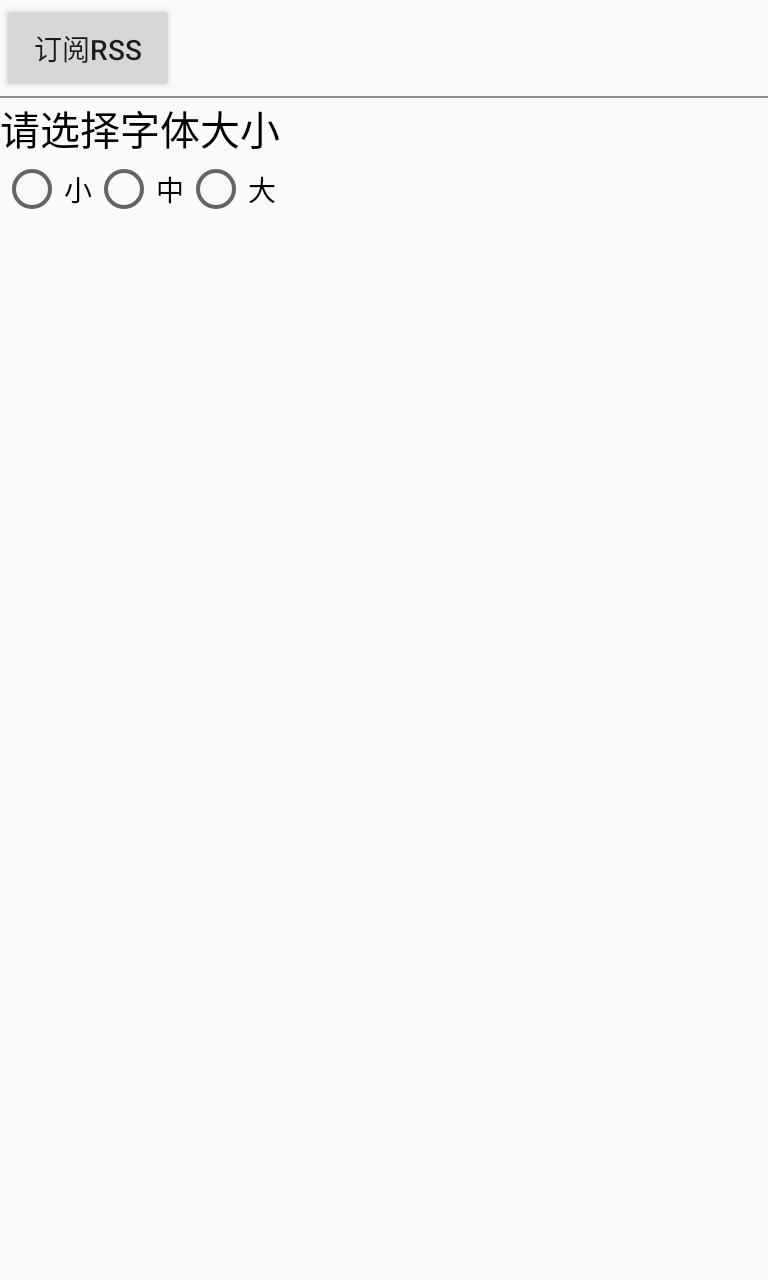
Repository: xdrush/MyRssReader
Layout: MyRssReader/res/layout/description_show.xml
These files come from the project's save history. The layout is drawn as it stood at one moment and after the next save; the edit follows.
It is drawn on a 768 x 1280 px phone screen (xhdpi) without system bars, with theme AppTheme; the app's code is not run.

Above is the layout before, as saved 2015-07-29 10:19:12.

After the next save:
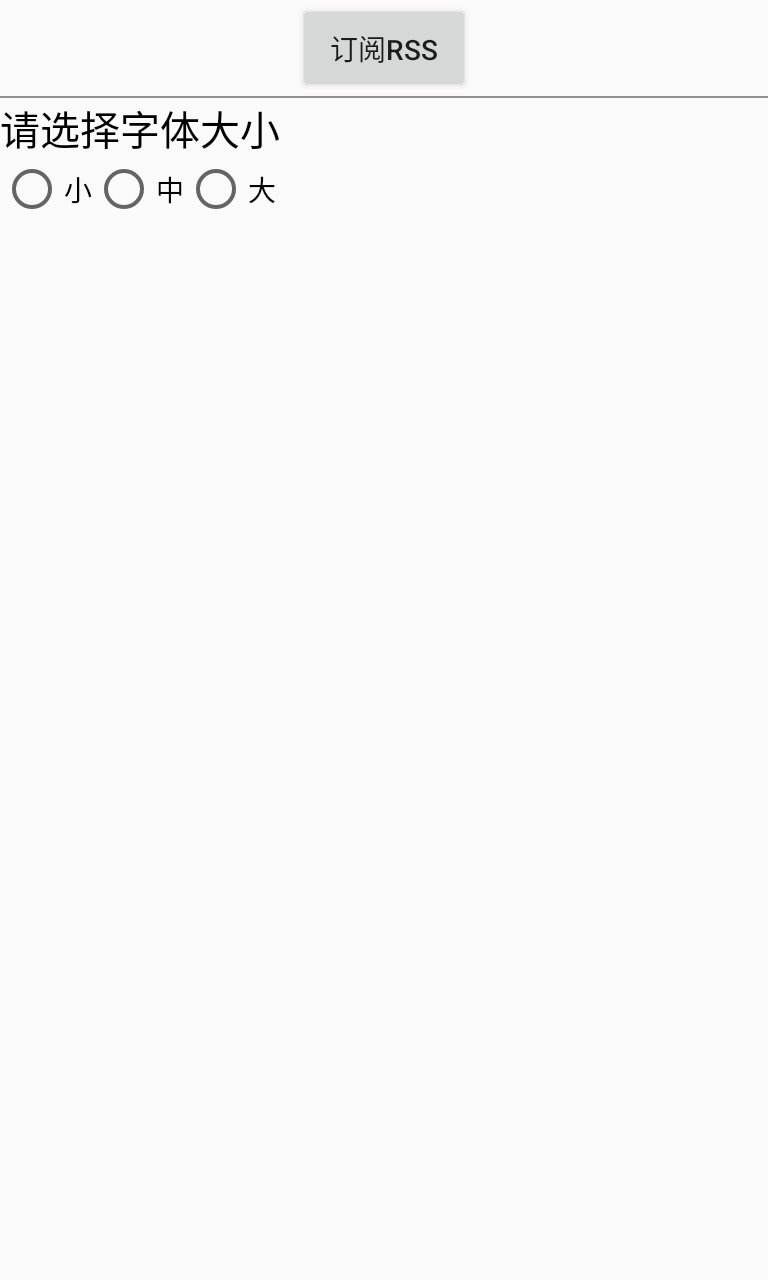
Saved 43 s later.
--- a/MyRssReader/res/layout/description_show.xml
+++ b/MyRssReader/res/layout/description_show.xml
@@ -7,7 +7,7 @@
     <RelativeLayout
         android:layout_width="fill_parent"
         android:layout_height="wrap_content"
-        android:gravity="middle" >
+        android:gravity="center" >
 
         <Button
     		android:id="@+id/description_btn"
